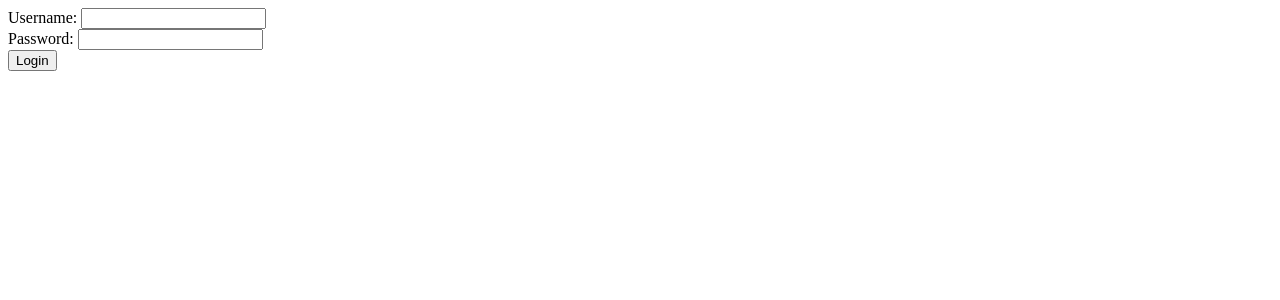
Repository: skpayaya/LabbookM2
Page: LABBOOK SERVLET/Lab2/WebContent/login.html
These files come from the project's save history. The page is drawn as it stood at one moment and after the next save; the edit follows.
The browser window is 1280 px wide. The pictures show the whole page.

Above is the page before, as saved 2020-04-06 05:45:38.

### LABBOOK SERVLET/Lab2/WebContent/login.html
<!DOCTYPE html>
<html>
<head>
<meta charset="UTF-8">
<title>Insert title here</title>
</head>
<body>
	<form action="validate" method="post">
		Username: <input type="text"><br> Password: <input
			type="text"><br> <input type="submit" value="Login">

	</form>
</body>
</html>

After the next save:
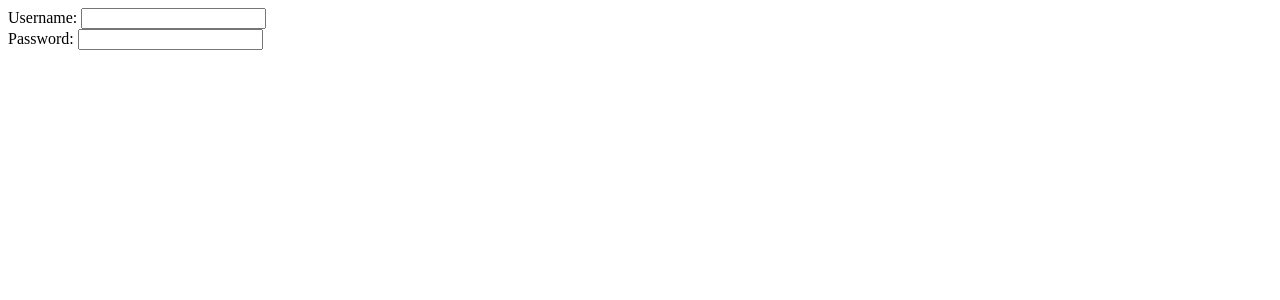
Saved 16 s later.
--- a/LABBOOK SERVLET/Lab2/WebContent/login.html
+++ b/LABBOOK SERVLET/Lab2/WebContent/login.html
@@ -6,9 +6,8 @@
 </head>
 <body>
 	<form action="validate" method="post">
-		Username: <input type="text"><br> Password: <input
-			type="text"><br> <input type="submit" value="Login">
-
+		 Username: <input type="text" name="username"/> <br/>
+    Password: <input type="password" name="password"/> <br/>
 	</form>
 </body>
 </html>

After the save that followed:
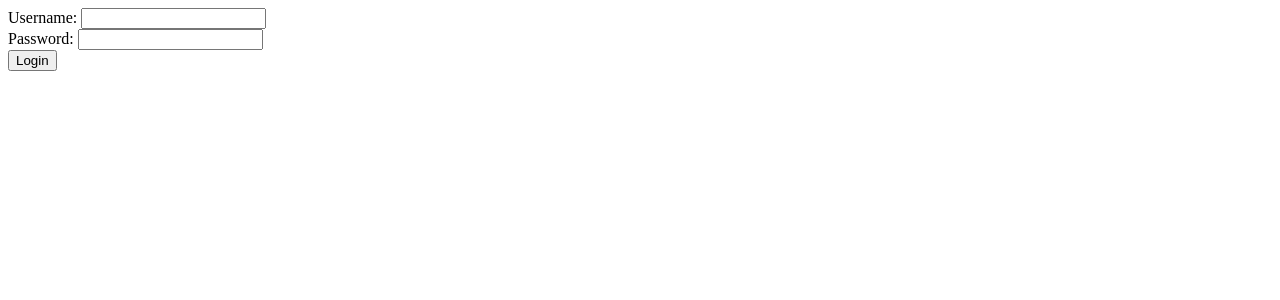
Saved 3 min 34 s later.
--- a/LABBOOK SERVLET/Lab2/WebContent/login.html
+++ b/LABBOOK SERVLET/Lab2/WebContent/login.html
@@ -8,6 +8,7 @@
 	<form action="validate" method="post">
 		 Username: <input type="text" name="username"/> <br/>
     Password: <input type="password" name="password"/> <br/>
+    <input type="submit" value="Login">
 	</form>
 </body>
 </html>
